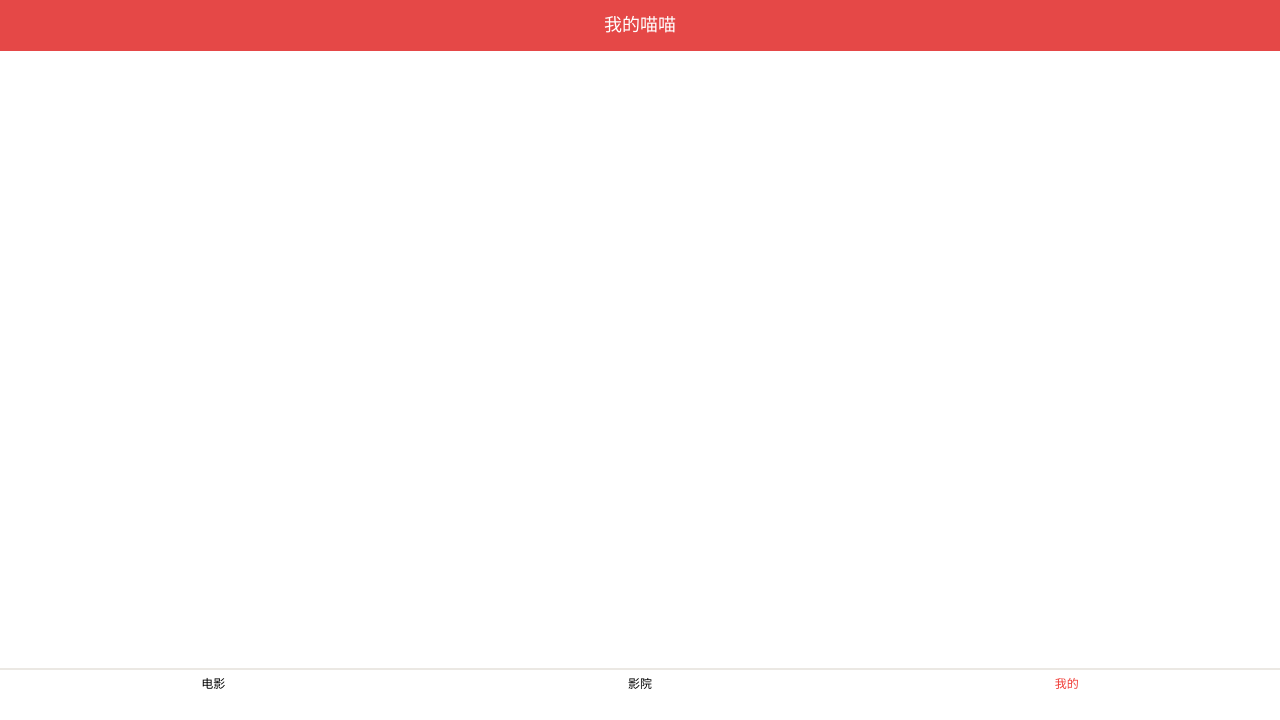
Repository: X-J-0/miaomiao_film
Page: /mine (app in miaomiao/)
The author's editor kept a copy of each file at every save. The page is drawn from the files as they stood at one save, then again after the next save.
The browser window is 1280 px wide. The pictures show the whole page.
The project was rebuilt for these pictures with package versions that can differ from the ones it lists, and the page was loaded fresh each time. Also part of the build but not shown: miaomiao/src/views/Mine/center.vue. Imported but missing from the stored project, and not drawn on this page: miaomiao/src/components/Brand, miaomiao/src/components/Special.

Above is the page before, as saved 2020-03-24 20:40:48.

### miaomiao/public/index.html
<!DOCTYPE html>
<html lang="en">
  <head>
    <meta charset="utf-8">
    <meta http-equiv="X-UA-Compatible" content="IE=edge">
    <meta name="viewport" content="width=device-width,initial-scale=1.0,user-scalable=no">
    <link rel="icon" href="<%= BASE_URL %>favicon.ico">
    <link rel="stylesheet" href="<%= BASE_URL %>css/common.css">
    <!-- <link rel="stylesheet" href="<%= BASE_URL %>css/common.css"> -->
    <title><%= htmlWebpackPlugin.options.title %></title>
  </head>
  <body>
    <noscript>
      <strong>We're sorry but <%= htmlWebpackPlugin.options.title %> doesn't work properly without JavaScript enabled. Please enable it to continue.</strong>
    </noscript>
    <div id="app"></div>
    <!-- built files will be auto injected -->
  </body>
</html>

### miaomiao/src/App.vue
<template>
    <keep-alive>
        <router-view/>
    </keep-alive>
</template>

<style lang="scss">
</style>

### miaomiao/src/router/index.js
import Vue from 'vue'
import VueRouter from 'vue-router'
import movieRouter from './movie'
import mineRouter from './mine'
import cinemaRouter from './cinema'

Vue.use(VueRouter)


const router = new VueRouter({
  mode: 'history',
  base: process.env.BASE_URL,
  routes: [
    movieRouter,
    mineRouter,
    cinemaRouter,
    {
      path:'/*',
      redirect:'/movie'
    }
  ]
})

export default router

### miaomiao/src/router/movie/index.js
export default {
    path:'/movie',
    component : () => import('@/views/Movie'),
    children:[
        {
            path:'city',
            component:()=>import('@/components/City')
        },
        {
            path:'nowPlaying',
            component:()=>import('@/components/NowPlaying')
        },
        {
            path:'comingSoon',
            component:()=>import('@/components/ComingSoon')
        },
        {
            path:'search',
            component:()=>import('@/components/Search')
        },
        {
            path:'/movie',
            redirect:'/movie/nowPlaying'
        }
    ]
}

### miaomiao/src/router/mine/index.js
export default {
    path:'/mine',
    component : () => import('@/views/Mine'),
    children:[
        {
            path:'center',
            component:()=>import('@/views/Mine/center.vue')
        },
        {
            path:'login',
            component:()=>import('@/components/Login')
        },
        {
            path:'register',
            component:()=>import('@/components/Register')
        },
        {
            path:'findPassword',
            component:()=>import('@/components/FindPassword')
        },
        {
            path:'/mine',
            redirect:'center'
        }
    ]
}

### miaomiao/src/router/cinema/index.js
export default {
    path:'/cinema',
    component : () => import('@/views/Cinema'),
    children:[
        {
            path:'allocate',
            component:()=>import('@/components/Allocate')
        },
        {
            path:'brand',
            component:()=>import('@/components/Brand')
        },
        {
            path:'special',
            component:()=>import('@/components/Special')
        },
        {
            path:'/cinema',
            redirect:'/cinema/allocate'
        }
    ]
}

### miaomiao/src/views/Mine/index.vue
<template>
    <div id="main">
        <Header title="我的喵喵"/>
        <TabBar />
    </div>
</template>

<script>

import Header from '@/components/Header';
import TabBar from '@/components/TabBar';

export default {
  name:'Mine',
    components : {
    Header,
    TabBar
  },
  data(){
   return {

   }
  }
}
</script>

<style scoped>

</style>

### miaomiao/src/components/Header/index.vue
<template>
    <header id="header">
        <h1>{{title}}</h1>
    </header>
</template>

<script>
export default {
  name:'Header',
  props:{
      title:{
          type:String,
          default:'喵喵电影'
      }
  }
}
</script>

<style scoped>
#header{width:100%;height:50px;color:#fff;background-color: #e54847;border-bottom:1px solid #e54847;position: relative;}
#header h1{font-size:18px;text-align: center;line-height: 50px; font-weight: normal;}
#header i{position:absolute;left:5px;top:50%;margin-top:-13px;font-size:26px;}
</style>

### miaomiao/src/components/TabBar/index.vue
<template>
    <footer id="footer">
        <ul>
            <router-link tag="li" to="/movie">
                <!-- <i class="iconfont icon-dianying"></i> -->
                <p>电影</p>
            </router-link>
            <router-link tag="li" to="/cinema">
                <!-- <i class="iconfont icon-yingyuan"></i> -->
                <p>影院</p>
            </router-link>
            <router-link tag="li" to="/mine">
                <!-- <i class="iconfont icon-dianying"></i> -->
                <p>我的</p>
            </router-link>
        </ul>
    </footer>
</template>

<script>
export default {
  name:'Footer',
  data(){
   return {

   }
  }
}
</script>

<style scoped>
#footer{width:100%; height:50px;background-color: #fff;border-top:2px #ebe8e3 solid;position:fixed;left:0;bottom:0;}
#footer ul{display:flex;text-align: center;height:50px;align-items:center;}
#footer ul li{flex:1;height:40px;}
#footer ul li.active{color:#f03d37;}
#footer ul li.router-link-active{color:#f03d37;}
#footer ul i{font-size:20px;}
#footer ul p{font-size:12px;line-height:18px;}
</style>

### miaomiao/public/css/common.css
*{ margin : 0; padding : 0;}
ul,li{ list-style: none}
img{ display: block}
html, body{ height:100%}
.clearfix:after{ content:""; display:block; clear:both}
#main{ height: 100%; display: flex; flex-direction: column;}
#content{ flex:1; overflow:auto; margin-bottom: 50px;position: relative;display: flex;flex-direction: column;}

### miaomiao/src/components/Login/index.vue
<template>
<div class="login_body">
    <div>
        <input class="login_text" type="text" placeHolder="账户名/手机号/Email">
    </div>
    <div>
        <input class="login_text" type="password" placeHolder="请输入您的密码">
    </div>
    <div class="login_btn">
        <input type="submit" value="登录">
    </div>
    <div class="login_link">
        <a href="#">立即注册</a>
        <a href="#">找回密码</a>
    </div>
</div>
</template>

<script>
export default {
  name:'Login',
  data(){
   return {

   }
  }
}
</script>

<style scoped>
#content .login_body{width:100%;}
.login_body .login_text{width:100%;height:40px;border:none;border-bottom:1px #ccc solid;margin-bottom:5px;outline:none;text-indent:10px;}
.login_body .login_btn{height:50px;margin:10px;}
.login_body .login_btn input{width:100%;height:100%;background-color:#e54847;border-radius: 3px;border:none;display:block;color:white;font-size:20px;}
.login_body .login_link{display: flex;justify-content: space-between;}
.login_body .login_link a{text-decoration: none;margin:0 5px;font-size:12px;color:#e54847;}
</style>

Loaded but not shown: miaomiao/src/main.js (common file); miaomiao/src/store/index.js (common file)

After the next save:
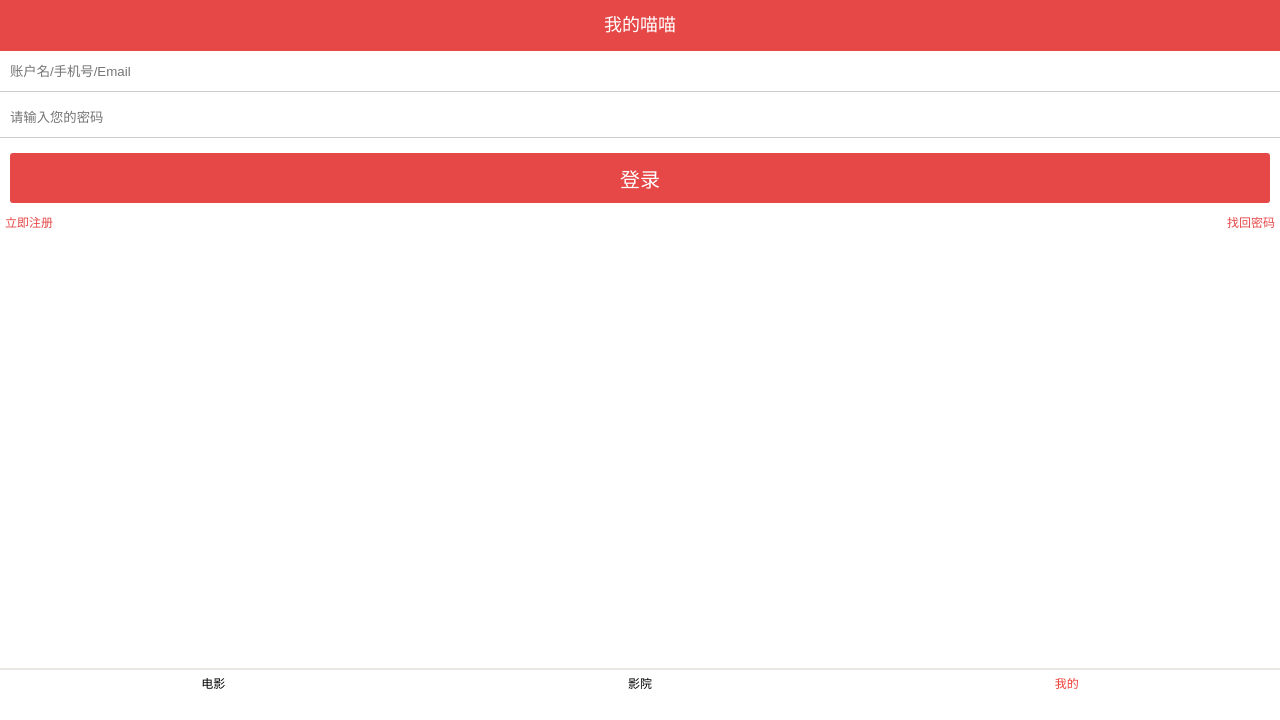
Saved 2 min 40 s later.
--- a/miaomiao/src/views/Mine/index.vue
+++ b/miaomiao/src/views/Mine/index.vue
@@ -1,6 +1,9 @@
 <template>
     <div id="main">
         <Header title="我的喵喵"/>
+        <div id="content">
+          <Login/>
+        </div>
         <TabBar />
     </div>
 </template>
@@ -9,12 +12,14 @@
 
 import Header from '@/components/Header';
 import TabBar from '@/components/TabBar';
+import Login  from '@/components/Login';
 
 export default {
   name:'Mine',
     components : {
     Header,
-    TabBar
+    TabBar,
+    Login
   },
   data(){
    return {
